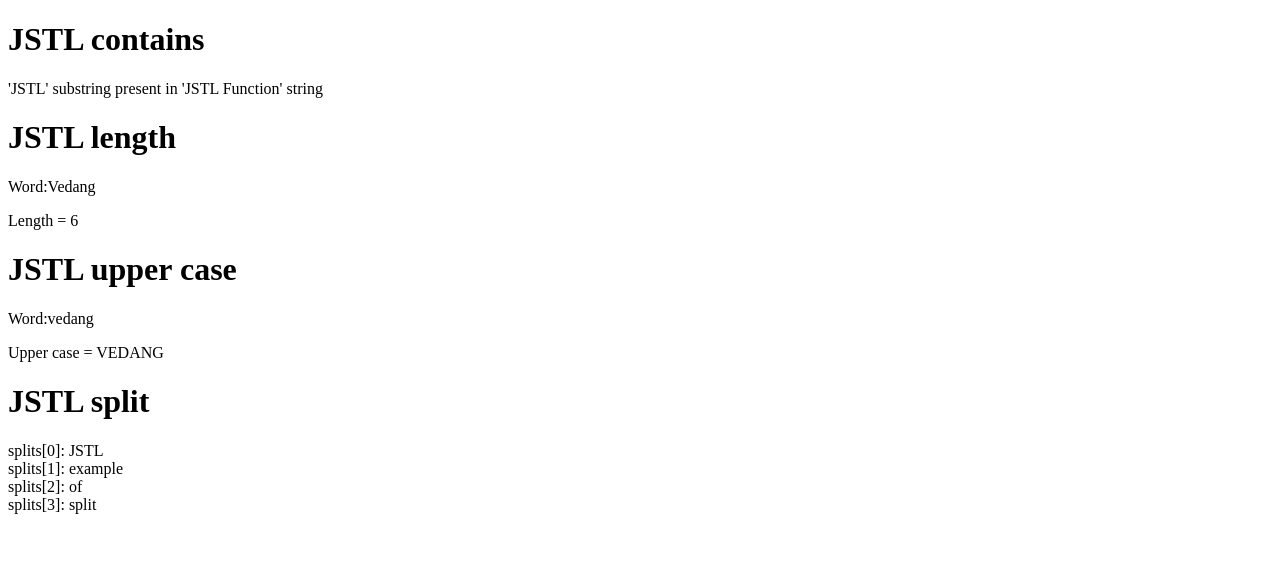
Repository: vedang03/servlet-jsp
Page: http://localhost/07-JSTL-functions/test.jsp
These files come from the project's save history. The page is drawn as it stood at one moment and after the next save; the edit follows.
The browser window is 1280 px wide. The pictures show the whole page.
The page is served by Tomcat 9.

Above is the page before, as saved 2023-10-12 17:49:51.

### 07-JSTL-functions/WebContent/test.jsp
<%@ page language="java" contentType="text/html; charset=ISO-8859-1"
    pageEncoding="ISO-8859-1"%>
<%@ taglib uri="http://java.sun.com/jsp/jstl/core" prefix="c" %>
<%@ taglib uri="http://java.sun.com/jsp/jstl/functions" prefix="fn" %>
<!DOCTYPE html>
<html>
<head>
<meta charset="ISO-8859-1">
<title>Insert title here</title>
</head>
<body>
<h1>JSTL contains</h1>
<c:set var="str1" value="JSTL Function" ></c:set>
<c:set var="str2" value="JSTL" ></c:set>

 <c:if test="${fn:contains(str1, str2)}">
  <c:out value="'JSTL' substring present in 'JSTL Function' string" />
</c:if>

<h1>JSTL length</h1>
<c:set var="str" value="Vedang" />
<p>Word:Vedang</p>
Length = ${fn:length(str)}

<h1>JSTL upper case</h1>
<c:set var="str" value="vedang" />
<p>Word:vedang</p>
Upper case =  ${fn:toUpperCase(str)}

<h1>JSTL split</h1>
<c:set var="str" value="JSTL example of split" />
<c:set var="splits" value="${fn:split(str,' ')}" />
<c:forEach var="i" begin="0" end="3">
splits[${i}]: ${splits[i]}<br>
</c:forEach>
</body>
</html>

After the next save:
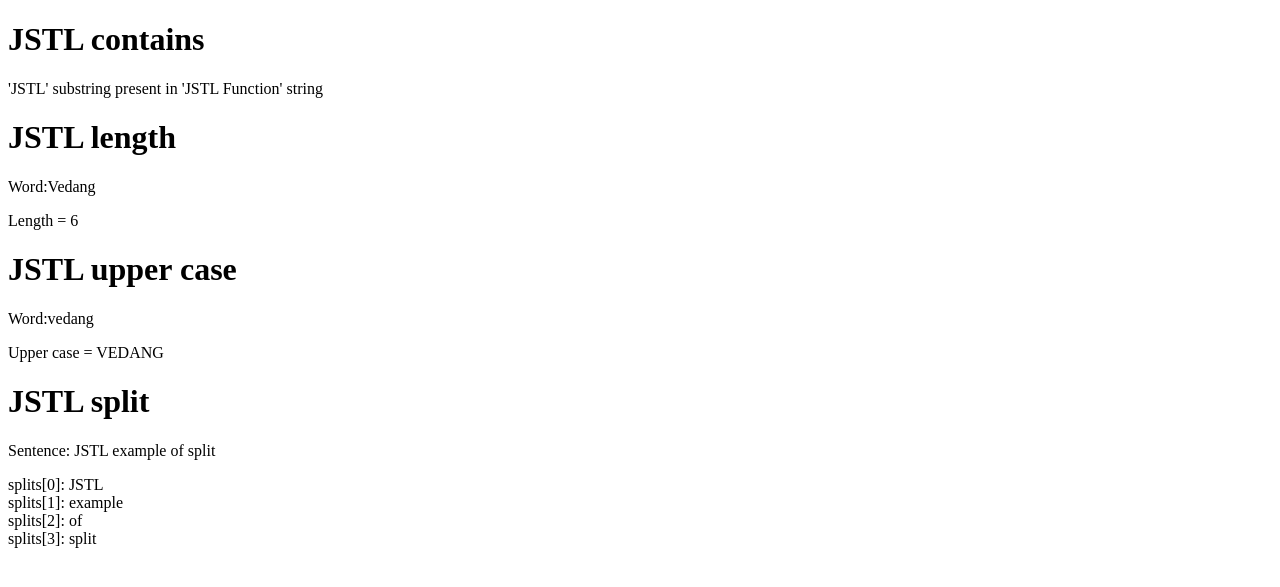
Saved 30 s later.
--- a/07-JSTL-functions/WebContent/test.jsp
+++ b/07-JSTL-functions/WebContent/test.jsp
@@ -28,6 +28,7 @@ Length = ${fn:length(str)}
 Upper case =  ${fn:toUpperCase(str)}
 
 <h1>JSTL split</h1>
+<p>Sentence: JSTL example of split</p>
 <c:set var="str" value="JSTL example of split" />
 <c:set var="splits" value="${fn:split(str,' ')}" />
 <c:forEach var="i" begin="0" end="3">
